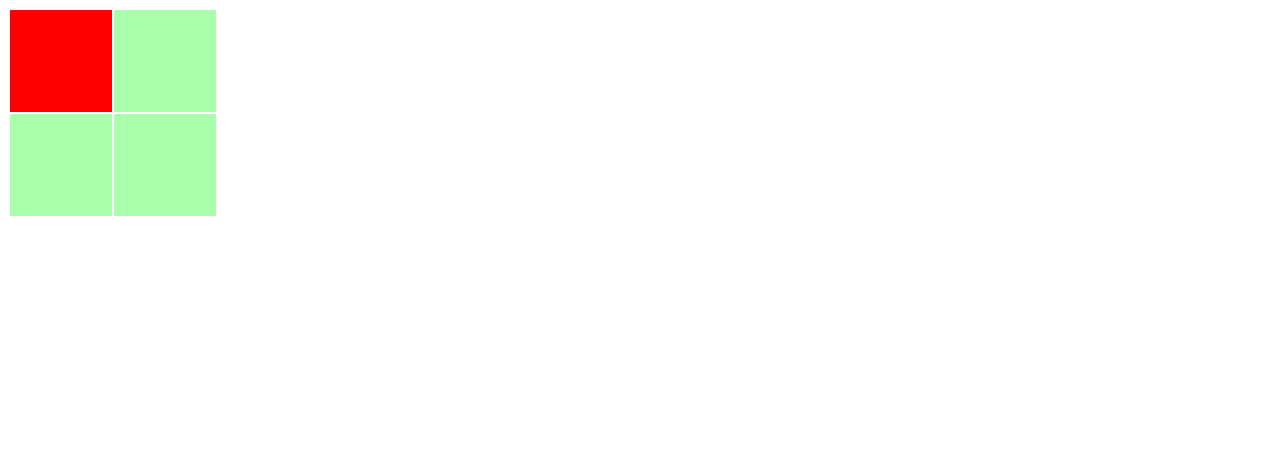
Repository: YERIN0531/SEOYERIN_WEBPRO
Page: gitSource/07_jQuery/jq01/WebContent/08_addClass_removeClass.html
The author's editor kept a copy of each file at every save. The page is drawn from the files as they stood at one save, then again after the next save.
The browser window is 1280 px wide. The pictures show the whole page.

Above is the page before, as saved 2022-06-21 03:10:42.

### gitSource/07_jQuery/jq01/WebContent/08_addClass_removeClass.html
<!DOCTYPE html>
<html>
<head>
<meta charset="UTF-8">
<title>Insert title here</title>
<style>
	table td{width:100px; height:100px; background-color: #AAFFAA;}
	.tdRed{background-color: red;}
</style>
<script src="https://code.jquery.com/jquery-3.6.0.min.js"></script>
<script>
//  on 이라는 아이는 어떤 함수가 있는데? 하고 보는 아이
 $(document).ready(function(){
	 $('td').on('click', function(){
		$('td').removeClass('tdRed'); // 클릭한 순간 모든 td들 #AAFFAA 원상복구
		$(this).addClass('tdRed');
	 });
 });
 </script>
</head>
<body>
	<table>
	<!-- class에 스페이스가 들어가면 아래는 클래스 name이 3개인 것  -->
<!-- 	<tr><td class="tdRed title s"></td><td></td></tr> -->
	<tr><td class="tdRed"></td><td></td></tr>
	<tr><td></td><td></td></tr>
	</table>
</body>
</html>

After the next save:
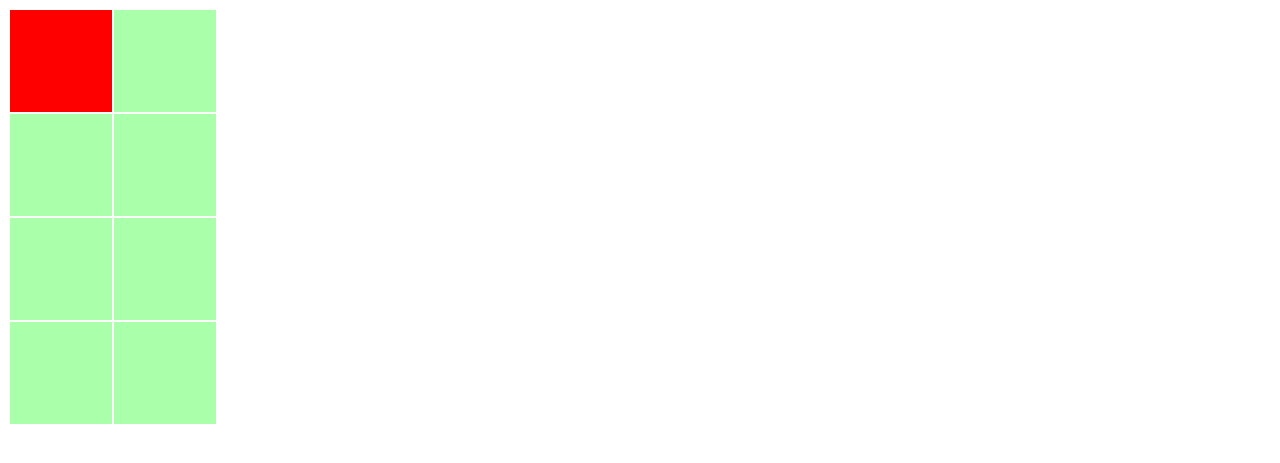
Saved 3 min 17 s later.
--- a/gitSource/07_jQuery/jq01/WebContent/08_addClass_removeClass.html
+++ b/gitSource/07_jQuery/jq01/WebContent/08_addClass_removeClass.html
@@ -22,8 +22,14 @@
 	<table>
 	<!-- class에 스페이스가 들어가면 아래는 클래스 name이 3개인 것  -->
 <!-- 	<tr><td class="tdRed title s"></td><td></td></tr> -->
+
 	<tr><td class="tdRed"></td><td></td></tr>
 	<tr><td></td><td></td></tr>
+
+	<tr><td id="0"></td><td id="1"></td></tr>
+	<tr><td id="2"></td><td id="3"></td></tr>
+
+
 	</table>
 </body>
 </html>
